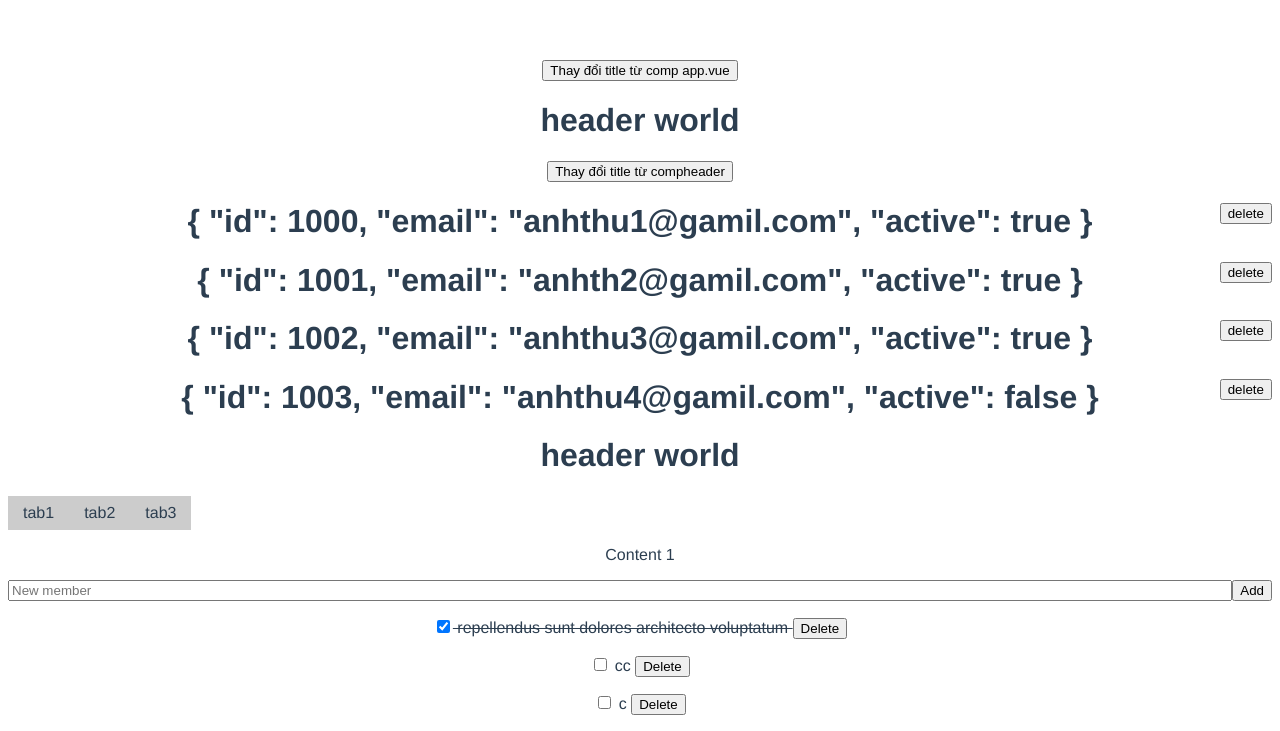
Repository: anhthu112/Todo-list
Page: /
These files come from the project's save history. The page is drawn as it stood at one moment and after the next save; the edit follows.
The browser window is 1280 px wide. The pictures show the whole page.
The project was rebuilt for these pictures with package versions that can differ from the ones it lists, and the page was loaded fresh each time. Requests to the local data server were answered from the project's data file. Also part of the build but not shown: vue.config.js.

Above is the page before, as saved 2024-01-31 11:20:22.

After the next save:
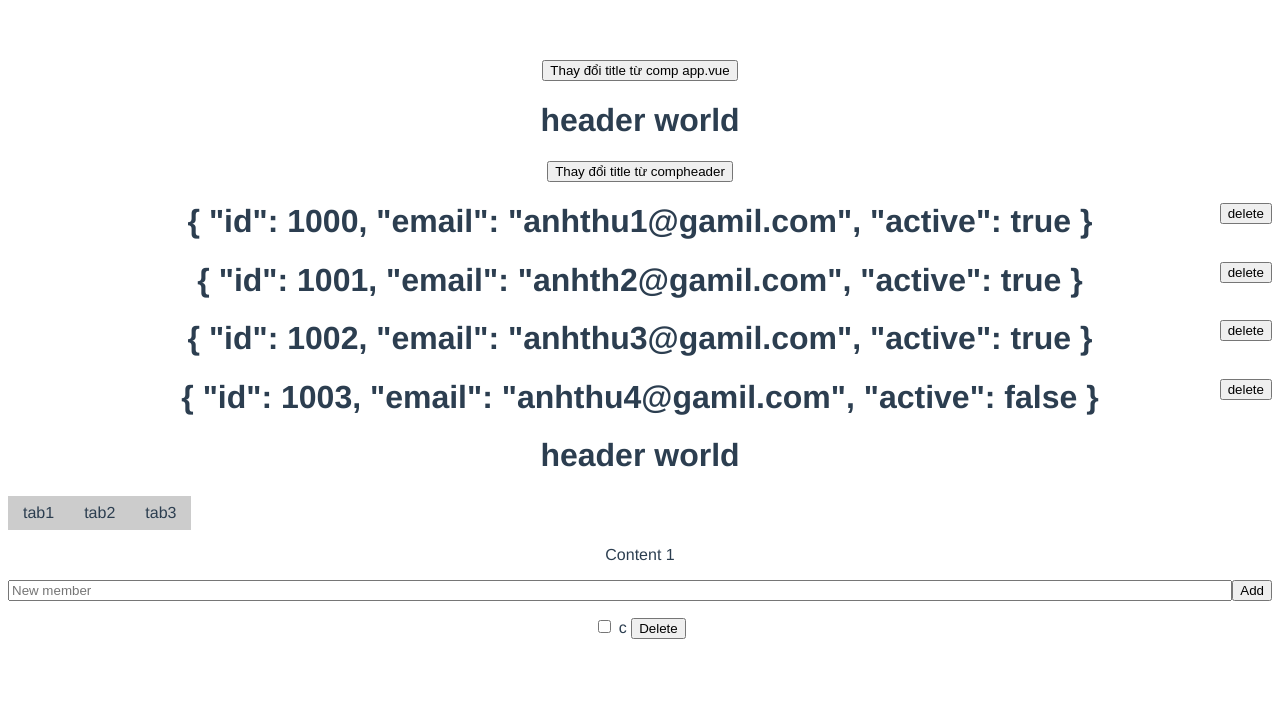
Saved 22 s later.
--- a/db.json
+++ b/db.json
@@ -1,15 +1,5 @@
 {
   "posts": [
-    {
-      "id": 14,
-      "title": "repellendus sunt dolores architecto voluptatum",
-      "completed": true
-    },
-    {
-      "id": "1bb4ff43-fcdc-464d-8cfb-ebd1fcf3c8c5",
-      "title": "cc",
-      "completed": false
-    },
     {
       "id": "487a21aa-0c37-458f-a4a2-1da914d3799c",
       "title": "c",
